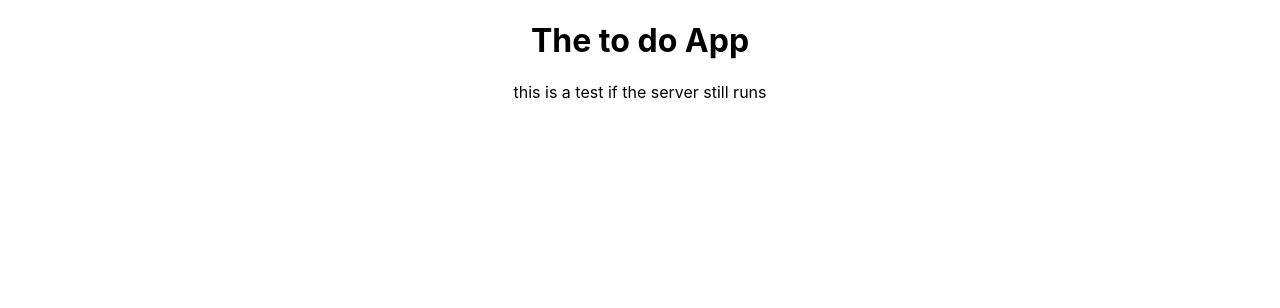
Repository: Bartolomeuss/ReactToDoAPP
Page: / (app in scrimba-to-do-app/)
These files come from the project's save history. The page is drawn as it stood at one moment and after the next save; the edit follows.
The browser window is 1280 px wide. The pictures show the whole page.
The project was rebuilt for these pictures with package versions that can differ from the ones it lists, and the page was loaded fresh each time.

Above is the page before, as saved 2021-05-17 08:06:38.

### scrimba-to-do-app/src/App.js

import './App.css';

function App() {
  return (
    <div className="App">
     <h1>The to do App</h1>
     <p>this is a test if the server still runs</p>
    </div>
  );
}

export default App;

Loaded but not shown: scrimba-to-do-app/public/index.html (common file); scrimba-to-do-app/src/index.js (common file); scrimba-to-do-app/src/index.css (common file); scrimba-to-do-app/src/reportWebVitals.js (common file); scrimba-to-do-app/src/App.css (common file)

After the next save:
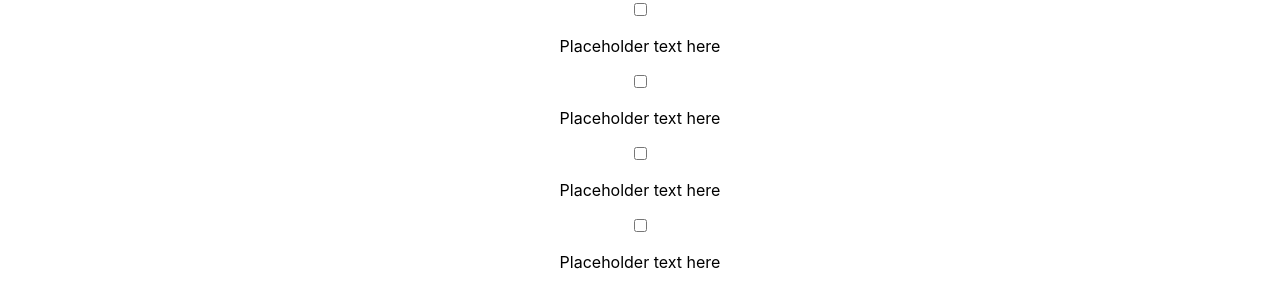
Saved 6 h 54 min later.
--- a/scrimba-to-do-app/src/App.js
+++ b/scrimba-to-do-app/src/App.js
@@ -4,8 +4,19 @@ import './App.css';
 function App() {
   return (
     <div className="App">
-     <h1>The to do App</h1>
-     <p>this is a test if the server still runs</p>
+      <div>
+            <input type="checkbox" />
+            <p>Placeholder text here</p>
+
+            <input type="checkbox" />
+            <p>Placeholder text here</p>
+
+            <input type="checkbox" />
+            <p>Placeholder text here</p>
+
+            <input type="checkbox" />
+            <p>Placeholder text here</p>
+        </div>
     </div>
   );
 }
